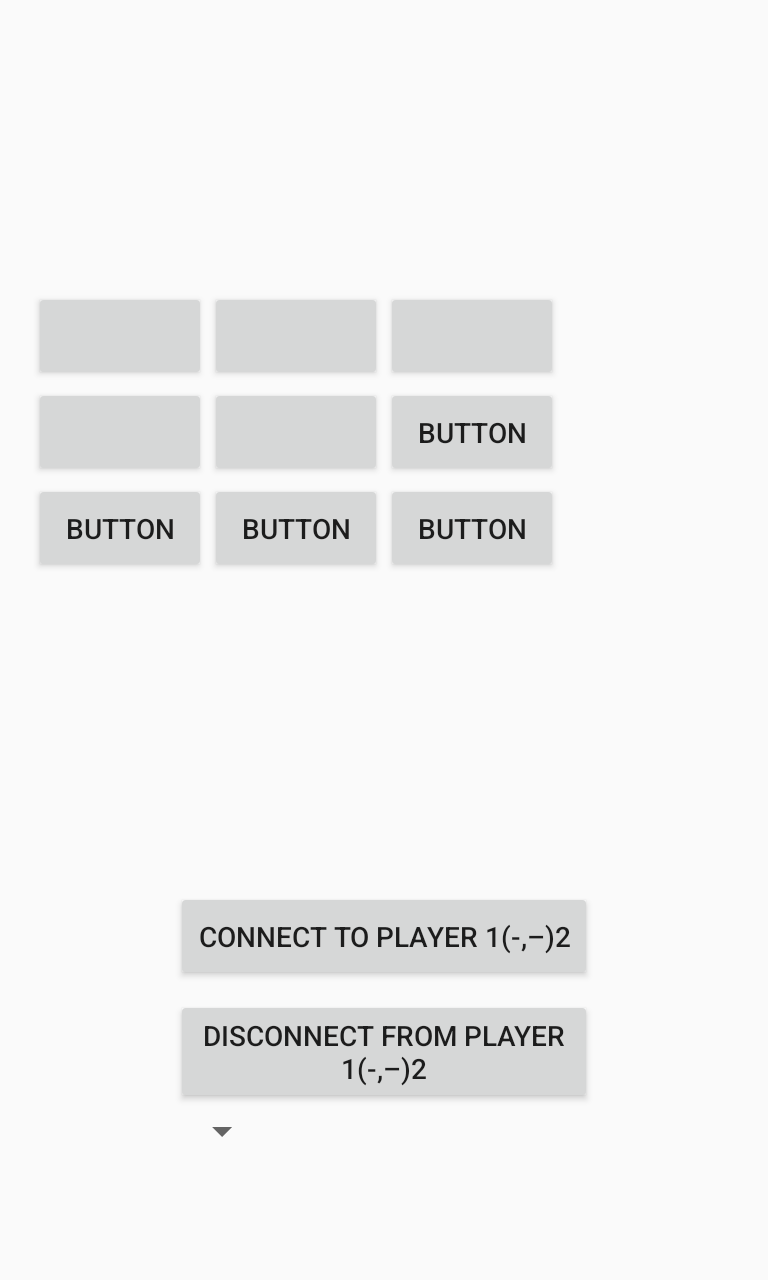
Repository: BananaGames/telecommProject
Layout: client/TelecommClient/res/layout/activity_main.xml
The author's editor kept a copy of each file at every save. The layout is drawn from the files as they stood at one save, then again after the next save.
It is drawn on a 768 x 1280 px phone screen (xhdpi) without system bars, with theme AppTheme; the app's code is not run.

Above is the layout before, as saved 2014-11-17 23:49:22.

### client/TelecommClient/res/layout/activity_main.xml
<RelativeLayout xmlns:android="http://schemas.android.com/apk/res/android"
    xmlns:tools="http://schemas.android.com/tools"
    android:layout_width="match_parent"
    android:layout_height="match_parent"
    android:paddingBottom="@dimen/activity_vertical_margin"
    android:paddingLeft="@dimen/activity_horizontal_margin"
    android:paddingRight="@dimen/activity_horizontal_margin"
    android:paddingTop="@dimen/activity_vertical_margin"
    tools:context="com.example.telecommclient.MainActivity" >

    <Button
        android:id="@+id/buttonConnect"
        android:layout_width="wrap_content"
        android:layout_height="wrap_content"
        android:layout_alignParentBottom="true"
        android:layout_centerHorizontal="true"
        android:layout_marginBottom="132dp"
        android:text="@string/connect_string" />

    <Button
        android:id="@+id/button2"
        android:layout_width="wrap_content"
        android:layout_height="wrap_content"
        android:layout_alignLeft="@+id/buttonConnect"
        android:layout_alignRight="@+id/buttonConnect"
        android:layout_alignTop="@+id/buttonConnect"
        android:layout_marginTop="54dp"
        android:text="@string/disconnect_string" />

    <Spinner
        android:id="@+id/spinner1"
        android:layout_width="wrap_content"
        android:layout_height="wrap_content"
        android:layout_alignLeft="@+id/button2"
        android:layout_below="@+id/button2" />

    <TableLayout
        android:layout_width="wrap_content"
        android:layout_height="wrap_content"
        android:layout_above="@+id/buttonConnect"
        android:layout_alignParentLeft="true"
        android:layout_marginBottom="156dp" >

        <TableRow
            android:id="@+id/tableRow1"
            android:layout_width="wrap_content"
            android:layout_height="wrap_content" >

            <Button
                android:id="@+id/buttonTopLeft"
                android:layout_width="wrap_content"
                android:layout_height="wrap_content" />

            <Button
                android:id="@+id/buttonTopMiddle"
                android:layout_width="wrap_content"
                android:layout_height="wrap_content" />

            <Button
                android:id="@+id/buttonTopRight"
                android:layout_width="wrap_content"
                android:layout_height="wrap_content" />

        </TableRow>

        <TableRow
            android:id="@+id/tableRow2"
            android:layout_width="wrap_content"
            android:layout_height="wrap_content" >

            <Button
                android:id="@+id/buttonMidLeft"
                android:layout_width="wrap_content"
                android:layout_height="wrap_content"/>

            <Button
                android:id="@+id/buttonMidMid"
                android:layout_width="wrap_content"
                android:layout_height="wrap_content" />

            <Button
                android:id="@+id/button8"
                android:layout_width="wrap_content"
                android:layout_height="wrap_content"
                android:text="Button" />

        </TableRow>

        <TableRow
            android:id="@+id/tableRow3"
            android:layout_width="wrap_content"
            android:layout_height="wrap_content" >

            <Button
                android:id="@+id/button9"
                android:layout_width="wrap_content"
                android:layout_height="wrap_content"
                android:text="Button" />

            <Button
                android:id="@+id/button10"
                android:layout_width="wrap_content"
                android:layout_height="wrap_content"
                android:text="Button" />

            <Button
                android:id="@+id/button11"
                android:layout_width="wrap_content"
                android:layout_height="wrap_content"
                android:text="Button" />

        </TableRow>
    </TableLayout>

</RelativeLayout>

### client/TelecommClient/res/values/strings.xml
<?xml version="1.0" encoding="utf-8"?>
<resources>

    <string name="app_name">TelecommClient</string>
    <string name="hello_world">Hello world!</string>
    <string name="action_settings">Settings</string>
    <string name="connect_string">Connect to Player 1(-,&#8211;)2</string>
	<string name="disconnect_string">Disconnect from Player 1(-,&#8211;)2</string>

</resources>

Loaded but not shown: client/TelecommClient/res/values/styles.xml (common file); client/TelecommClient/res/values-v11/styles.xml (common file); client/TelecommClient/res/values-v14/styles.xml (common file); client/TelecommClient/res/values/dimens.xml (common file); client/TelecommClient/res/values-w820dp/dimens.xml (common file)

After the next save:
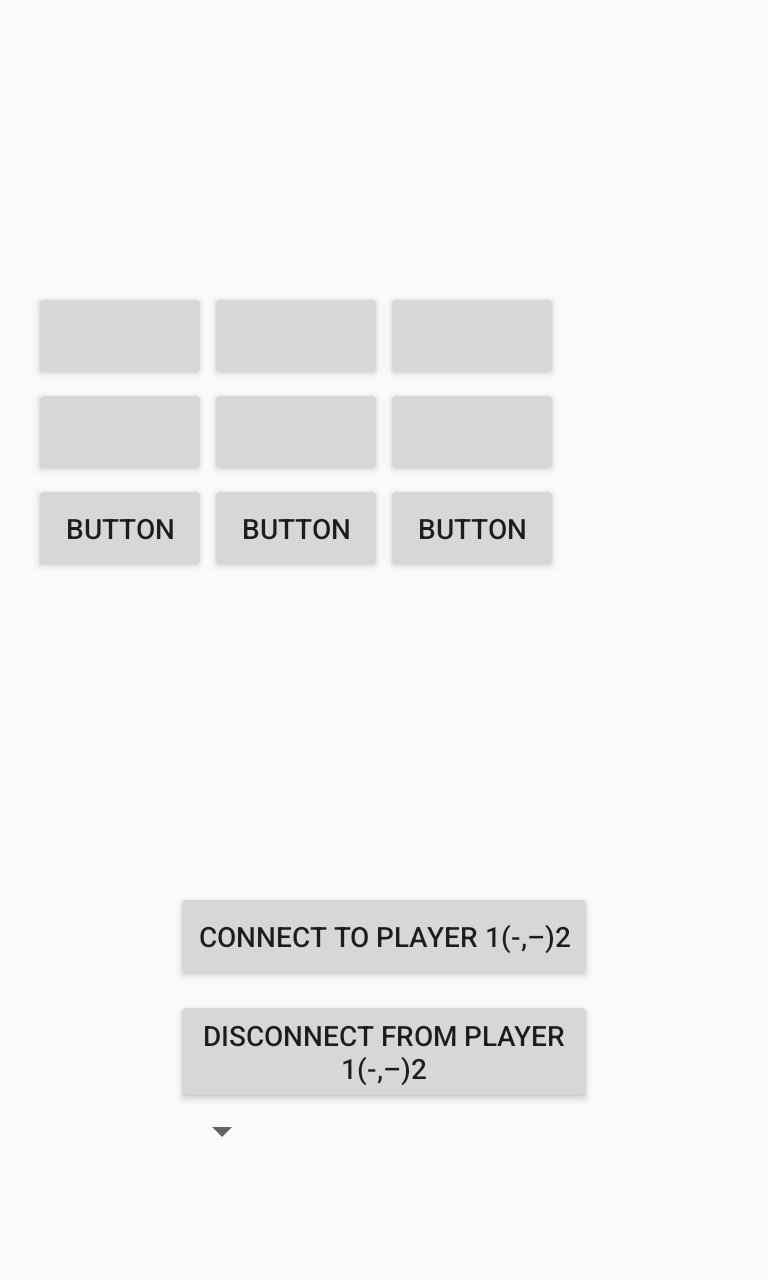
Saved 15 s later.
--- a/client/TelecommClient/res/layout/activity_main.xml
+++ b/client/TelecommClient/res/layout/activity_main.xml
@@ -79,10 +79,9 @@
                 android:layout_height="wrap_content" />
 
             <Button
-                android:id="@+id/button8"
+                android:id="@+id/buttonMidRight"
                 android:layout_width="wrap_content"
-                android:layout_height="wrap_content"
-                android:text="Button" />
+                android:layout_height="wrap_content" />
 
         </TableRow>
 
